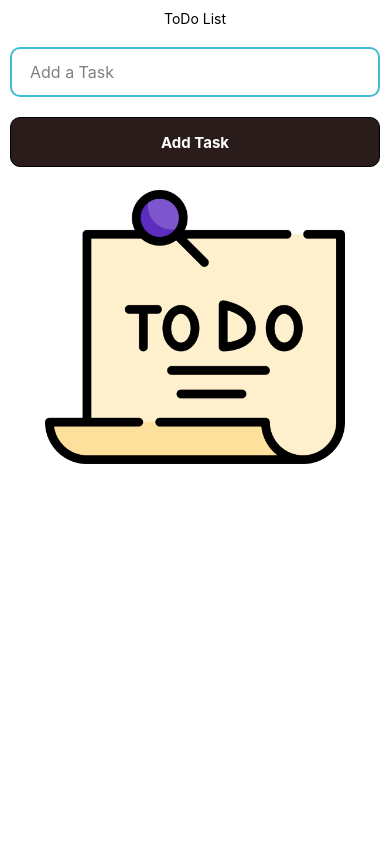
Repository: raisingh22/Projects
Screen: /
An editor plug-in stored every save of this project. The screen is shown before and after a run of saves, followed by the edit.
The app was drawn by React Native's web renderer in a window 390 px wide. The project was rebuilt for these pictures with package versions that can differ from the ones it lists, and the page was loaded fresh each time.

Above is the screen before, as saved 2024-01-22 13:14:34.

### App.js
import { View, Text, SafeAreaView } from 'react-native'
import React from 'react'
import ToDo from './src/ToDoList/screens/ToDo'

const App = () => {
  return (
   <SafeAreaView style={{
    flex:1
   }}>
     <ToDo/>
   </SafeAreaView>
  )
}

export default App

### src/ToDoList/screens/ToDo.js
import {StyleSheet, Text, TextInput, View} from 'react-native';
import React, {useState} from 'react';
import MyBtn from '../../components/MyBtn';
import MyFlatList from '../../components/MyFlatList';
import Icon from 'react-native-vector-icons/Ionicons';
import Icons from 'react-native-vector-icons/MaterialIcons';
import Fallback from '../../components/Fallback';

// import {IconButton} from 'react-native-paper';
const DummyData = [
  {
    id: '1',
    name: 'Wash Car',
  },
  {
    id: '2',
    name: 'Dusting',
  },
];
const ToDo = () => {
  const [toDo, setToDo] = useState('');
  const [data, setData] = useState([]);
  const handleAdd = () => {
    setData([
      ...data,
      {
        id: Date.now(),
        title: toDo,
      },
    ]);
  };
  const handleDeleteTodo = id => {
    const updateTodo = data.filter(toDo => toDo.id !== id);
    setData(updateTodo);
    console.log(data.length);
  };
  return (
    <View
      style={{
        margin: 10,
      }}>
      <Text style={{
        textAlign:'center'
      }}>ToDo List</Text>
      <TextInput
        placeholder="Add a Task"
        placeholderTextColor={'grey'}
        style={styles.textInput}
        value={toDo}
        onChangeText={text => setToDo(text)}
      />
      <MyBtn
        text={'Add Task'}
        onPress={() => handleAdd()}
        btnStyle={{backgroundColor: '#291c1a'}}
        textStyle={{
          fontSize: 15,
          fontWeight: 'bold',
        }}
      />
      <MyFlatList
        data={data}
        renderItem={(item, index) => (
          <View
            style={{
              flexDirection: 'row',
              alignItems: 'center',
              padding: 15,
              borderWidth: 1,
              marginVertical: 5,
              borderRadius: 10,
              marginHorizontal: 10,
              backgroundColor: index % 2 === 0 ? '#d4a7a1' : '#1cd9cf',
              shadowColor:'#000',
              shadowOffset:{
                  width:0,
                  height:1
              },
              shadowOpacity:1,
              shadowRadius:4
            }}>
            <Text
              style={{
                fontWeight: '800',
                fontSize: 19,
                color: 'black',
                flex: 1,
              }}>
              {item.title}
            </Text>
            <Icon
              name="pencil"
              size={25}
              style={{
                marginHorizontal: 10,
              }}
            />
            <Icons
              name="delete"
              size={25}
              onPress={() => handleDeleteTodo(item.id)}
            />
          </View>
        )}
      />
      {
        data.length <=0 && <Fallback/>
      }
    </View>
  );
};

export default ToDo;

const styles = StyleSheet.create({
  textInput: {
    width: '100%',
    height: 50,
    marginVertical: 20,
    borderWidth: 2,
    paddingVertical: 14,
    paddingHorizontal: 18,
    fontSize: 16,
    borderColor: '#40bdd4',
    borderRadius: 10,
    color: 'red',

  },
});

### src/components/MyBtn.js
import {StyleSheet, Text, TouchableOpacity, View} from 'react-native';
import React from 'react';

const MyBtn = ({text, onPress, btnStyle , textStyle}) => {
  return (
    <TouchableOpacity style={[styles.btn, btnStyle]} onPress={onPress}>
      <Text style={[styles.btnText, textStyle]} >{text}</Text>
    </TouchableOpacity>
  );
};

export default MyBtn;

const styles = StyleSheet.create({
  btn: {
    width: '100%',
    height: 50,
    backgroundColor: 'black',
    borderWidth: 1,
    borderRadius: 10,
    alignItems: 'center',
    justifyContent: 'center',
  },
  btnText: {
    color: 'white',
    // You can add more text styles here if needed
  },
});

### src/components/MyFlatList.js
import {FlatList, StyleSheet, Text, View} from 'react-native';
import React from 'react';

const MyFlatList = ({data, renderItem = (item, index) => {}, bounces}) => {
  return (
    <FlatList
      bounces={bounces}
      data={data}
      renderItem={({item, index}) => renderItem(item, index)}
      keyExtractor={item => item.id.toString()}
      style={styles.list}
    />
  );
};

export default MyFlatList;

const styles = StyleSheet.create({
  list: {
    marginVertical: 5,
    // flex: 1, // Example: Expand the FlatList to fill available space
    // backgroundColor: 'lightgray', // Example: Set background color
    // height:"50%"
  },
});

### src/components/Fallback.js
import {Image, StyleSheet, Text, View} from 'react-native';
import React from 'react';

const Fallback = () => {
  return (
    <View
      style={{
        alignItems: 'center',
      }}>
      <Image
        //  resizeMode="center"
        style={{
          height: 300,
          width: 300,
        }}
        source={require('../asstes/to-do-list.png')}
      />
    </View>
  );
};

export default Fallback;

const styles = StyleSheet.create({});

After the next 3 saves:
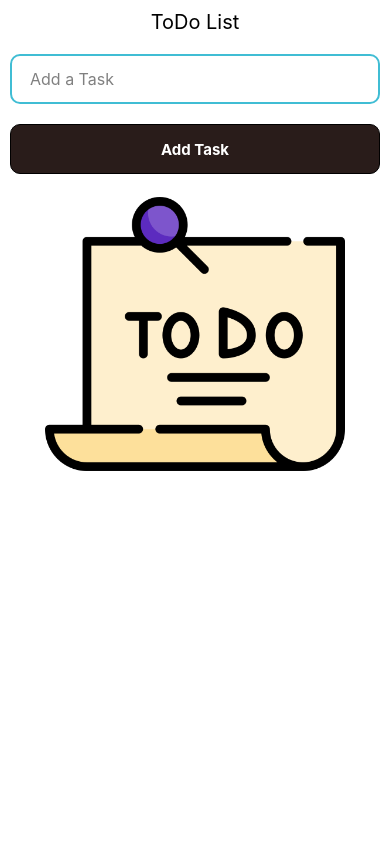
The 3 saves are shown as one change because they came seconds apart.
The last was saved 9 s later.
--- a/src/ToDoList/screens/ToDo.js
+++ b/src/ToDoList/screens/ToDo.js
@@ -40,7 +40,8 @@ const ToDo = () => {
         margin: 10,
       }}>
       <Text style={{
-        textAlign:'center'
+        textAlign:'center',
+        fontSize:20
       }}>ToDo List</Text>
       <TextInput
         placeholder="Add a Task"
